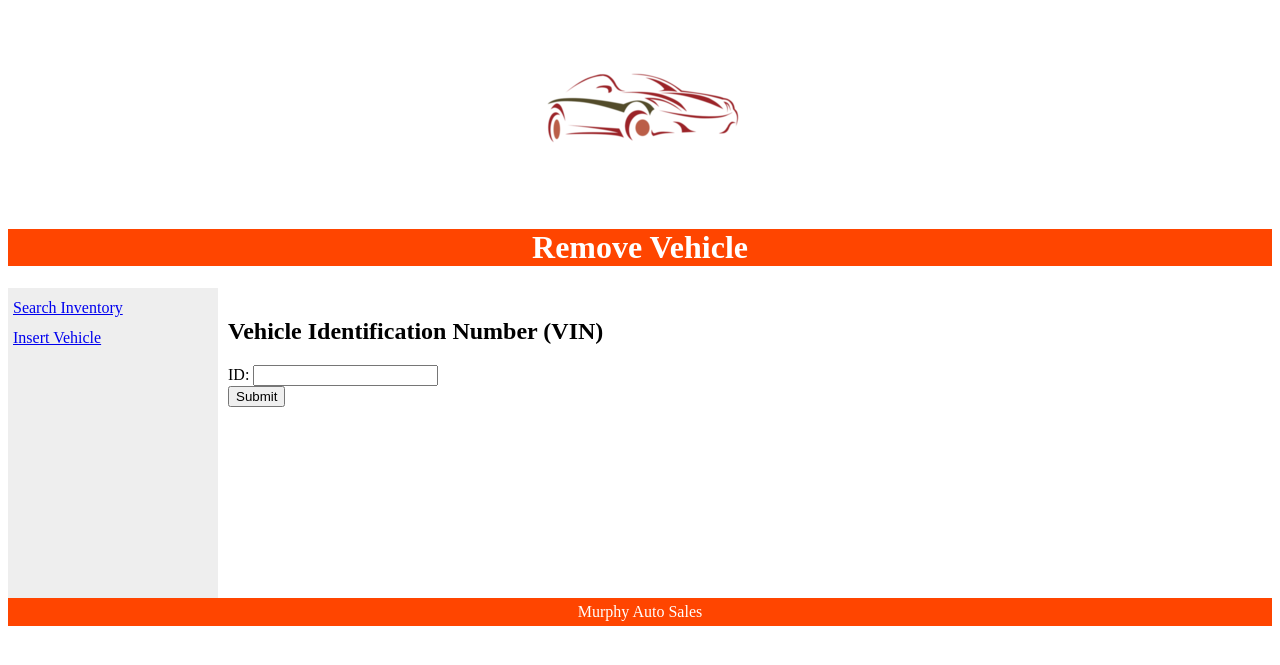
Repository: CamdenMurphy/workspace4830-intro-to-software-engineering
Page: techExercise/techExercise-Murphy/src/main/webapp/delete_murphy.html
An editor plug-in stored every save of this project. The page is shown before and after the next save, followed by the edit.
The browser window is 1280 px wide. The pictures show the whole page.

Above is the page before, as saved 2023-10-12 06:46:45.

After the next save:
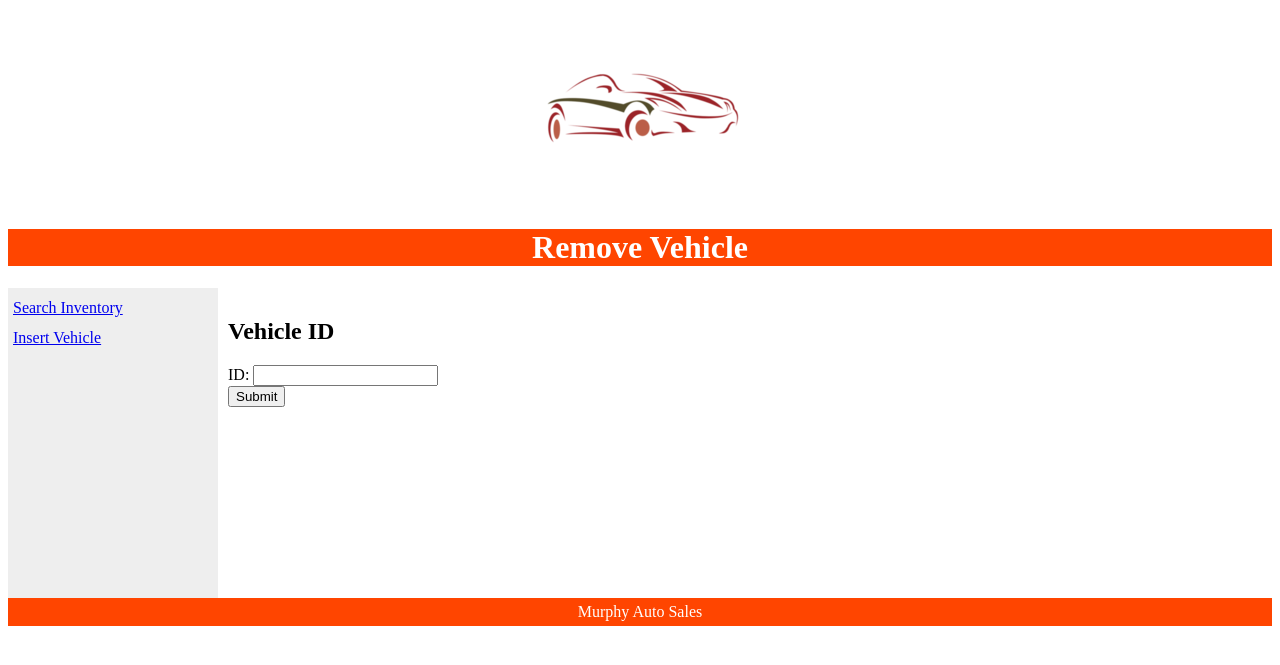
Saved 3 min 36 s later.
--- a/techExercise/techExercise-Murphy/src/main/webapp/delete_murphy.html
+++ b/techExercise/techExercise-Murphy/src/main/webapp/delete_murphy.html
@@ -46,7 +46,7 @@ header h1 {
 </nav>
 
 <section>
-	<h1>Vehicle Identification Number (VIN)</h1>
+	<h1>Vehicle ID</h1>
 
 	<form action="DeleteMurphy" method="POST">
 
